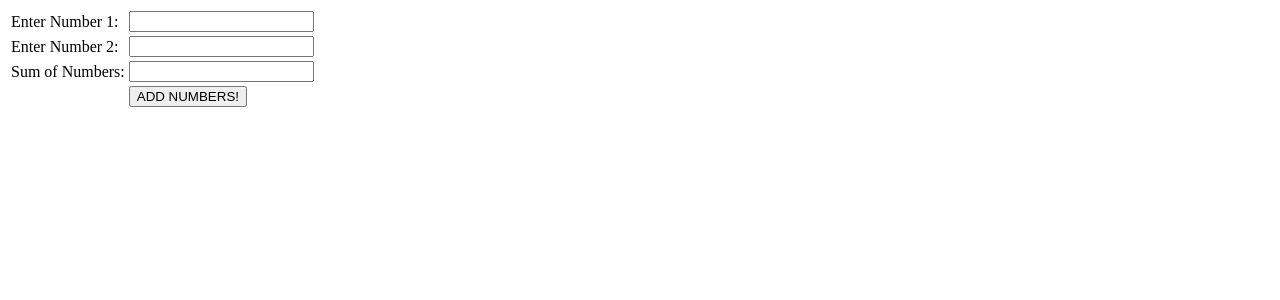
Repository: yiyongc/learning-2017
Page: SpringTraining/Day12-JavaScriptES6/WebContent/index3.html
These files come from the project's save history. The page is drawn as it stood at one moment and after the next save; the edit follows.
The browser window is 1280 px wide. The pictures show the whole page.

Above is the page before, as saved 2017-09-13 05:41:55.

### SpringTraining/Day12-JavaScriptES6/WebContent/index3.html
<!DOCTYPE html>
<html>
<head>
<meta charset="ISO-8859-1">
<title>Adding two numbers</title>
<script type="text/javascript" src="script/arrowfn.js"></script>
</head>
<body>
<form name="formAdd">
	<table>
		<tr>
			<td>Enter Number 1: </td>
			<td><input type="number" id="num1"/></td>
		</tr>
		<tr>
			<td>Enter Number 2: </td>
			<td><input type="number" id="num2"/></td>
		</tr>
		<tr>
			<td>Sum of Numbers: </td>
			<td><input type="number" id="sum"/></td>
		</tr>
		<tr>
			<td></td>
			<td><button onclick="compute()">ADD NUMBERS!</button></td>
		</tr>
	</table>
</form>
</body>
</html>

### SpringTraining/Day12-JavaScriptES6/WebContent/script/arrowfn.js
function compute() {
	var num1 = parseInt(formAdd.num1.value);
	var num2 = parseInt(formAdd.num2.value);
	var sum = ((x,y)=>x+y)(num1,num2);

	formAdd.sum.value = sum;

}

After the next save:
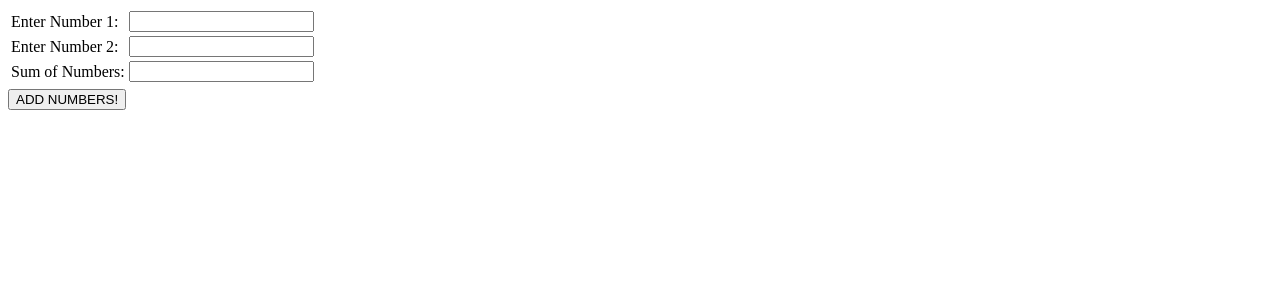
Saved 77 s later.
--- a/SpringTraining/Day12-JavaScriptES6/WebContent/index3.html
+++ b/SpringTraining/Day12-JavaScriptES6/WebContent/index3.html
@@ -22,9 +22,10 @@
 		</tr>
 		<tr>
 			<td></td>
-			<td><button onclick="compute()">ADD NUMBERS!</button></td>
+			<td></td>
 		</tr>
 	</table>
 </form>
+<button onclick="compute()">ADD NUMBERS!</button>
 </body>
 </html>
